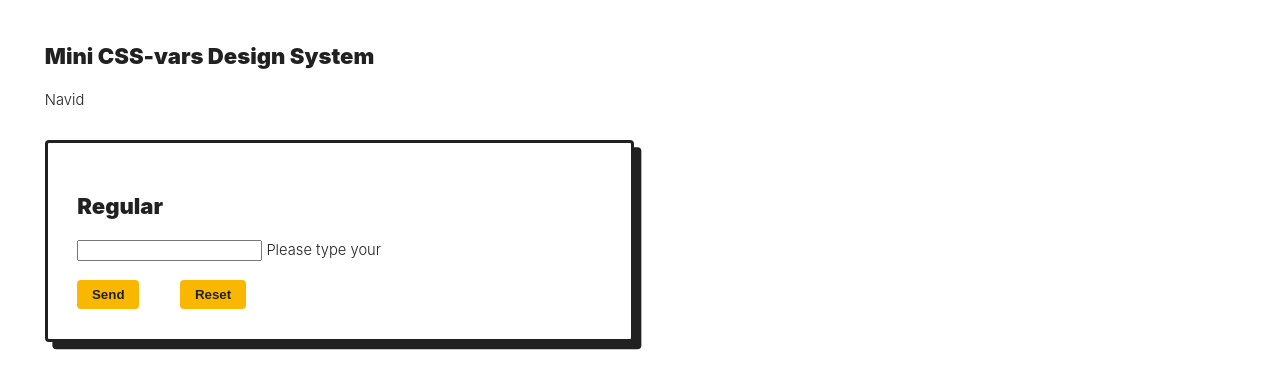
Repository: navid-amini12/capstone-1
Page: quiz.html
The author's editor kept a copy of each file at every save. The page is drawn from the files as they stood at one save, then again after the next save.
The browser window is 1280 px wide. The pictures show the whole page.
Some web fonts or font styles are not loaded; a fallback is used.

Above is the page before, as saved 2022-05-17 12:23:09.

### quiz.html

<head>
    <link rel="stylesheet" href="quiz.css">
    </head>

<article class="l-design-widht">
    <h1>Mini CSS-vars Design System</h1>

   <p>Navid</p>

    <div class="card">
      <h2><svg class="icon" aria-hidden="true">
        <h2>Regular</h2>
      <label class="input">
        <input class="input__field" type="text" placeholder=" " />
        <span class="input__label">Please type your</span>
      </label>
      <div class="button-group">
        <button>Send</button>
        <button type="reset">Reset</button>
      </div>
    </div>



  <svg xmlns="http://www.w3.org/2000/svg" class="hidden">
    <symbol id="icon-coffee" viewBox="0 0 20 20">
      <title>icon-coffee</title>
      <path fill="currentColor" d="M15,17H14V9h3a3,3,0,0,1,3,3h0A5,5,0,0,1,15,17Zm1-6v3.83A3,3,0,0,0,18,12a1,1,0,0,0-1-1Z"/>
      <rect fill="currentColor" x="1" y="7" width="15" height="12" rx="3" ry="3"/>
      <path fill="var(--color-accent)" d="M7.07,5.42a5.45,5.45,0,0,1,0-4.85,1,1,0,0,1,1.79.89,3.44,3.44,0,0,0,0,3.06,1,1,0,0,1-1.79.89Z"/>
      <path fill="var(--color-accent)" d="M3.07,5.42a5.45,5.45,0,0,1,0-4.85,1,1,0,0,1,1.79.89,3.44,3.44,0,0,0,0,3.06,1,1,0,1,1-1.79.89Z"/>
      <path fill="var(--color-accent)" d="M11.07,5.42a5.45,5.45,0,0,1,0-4.85,1,1,0,0,1,1.79.89,3.44,3.44,0,0,0,0,3.06,1,1,0,1,1-1.79.89Z"/>
    </symbol>
  </svg>

### quiz.css
@import url('https://rsms.me/inter/inter.css');

:root {
  --color-light: white;
  --color-dark: #212121;
  --color-signal: #fab700;

  --color-background: var(--color-light);
  --color-text: var(--color-dark);
  --color-accent: var(--color-signal);

  --size-bezel: .5rem;
  --size-radius: 4px;

  line-height: 1.4;

  font-family: 'Inter', sans-serif;
  font-size: calc(.6rem + .4vw);
  color: var(--color-text);
  background: var(--color-background);
  font-weight: 300;
  padding: 0 calc(var(--size-bezel) * 3);
}

h1, h2, h3 {
  font-weight: 900;
}

mark {
  background: var(--color-accent);
  color: var(--color-text);
  font-weight: bold;
  padding: 0 0.2em;
}

.card {
  background: var(--color-background);
  padding: calc(4 * var(--size-bezel));
  margin-top: calc(4 * var(--size-bezel));
  border-radius: var(--size-radius);
  border: 3px solid var(--color-shadow, currentColor);
  box-shadow: .5rem .5rem 0 var(--color-shadow, currentColor);




  *:first-child {
    margin-top: 0;
  }
}


.l-design-widht {
  max-width: 40rem;
  padding: 1rem;
}

.input {
  position: relative;

  &__label {
    position: absolute;
    left: 0;
    top: 0;
    padding: calc(var(--size-bezel) * 0.75) calc(var(--size-bezel) * .5);
    margin: calc(var(--size-bezel) * 0.75 + 3px) calc(var(--size-bezel) * .5);
    background: pink;
    white-space: nowrap;
    transform: translate(0, 0);
    transform-origin: 0 0;
    background: var(--color-background);
    transition: transform 120ms ease-in;
    font-weight: bold;
    line-height: 1.2;
  }
  &__field {




      & + .input__label {
        transform: translate(.25rem, -65%) scale(.8);
        color: var(--color-accent);
      }

  }
}


.button-group {
  margin-top: calc(var(--size-bezel) * 2.5);
}

button {
  color: currentColor;
  padding: var(--size-bezel) calc(var(--size-bezel) * 2);
  background: var(--color-accent);
  border: none;
  border-radius: var(--size-radius);
  font-weight: 900;


}

button + button {
  margin-left: calc(var(--size-bezel) * 5);
}

.icon {
  display: inline-block;
  height: 0em;
  margin-right: .5em;
}

After the next save:
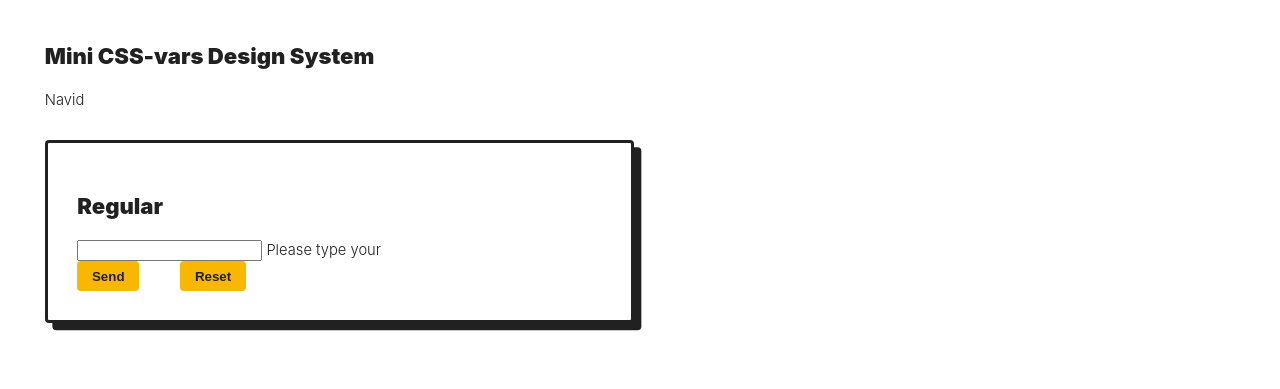
Saved 4 s later.
--- a/quiz.css
+++ b/quiz.css
@@ -73,7 +73,7 @@ mark {
     font-weight: bold;
     line-height: 1.2;
   }
-  &__field {
+
 
 
 

After the save that followed:
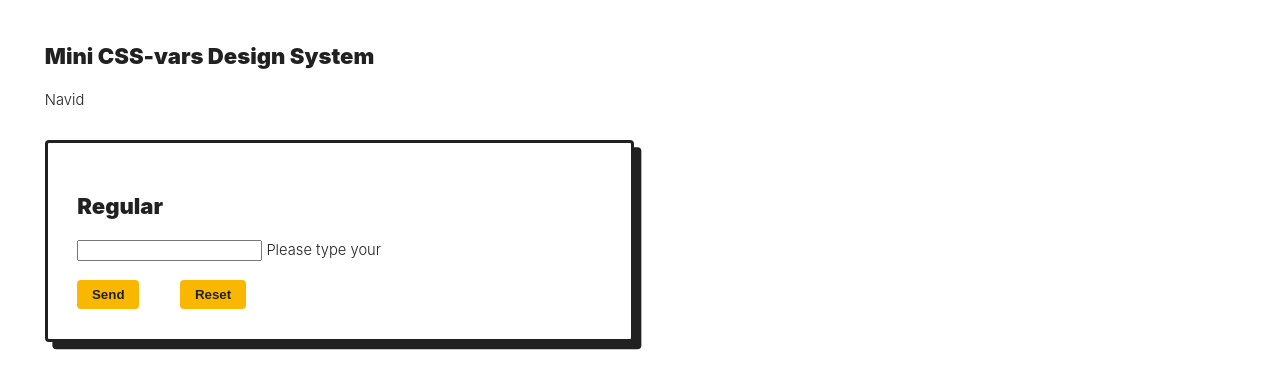
Saved 10 s later.
--- a/quiz.css
+++ b/quiz.css
@@ -83,7 +83,7 @@ mark {
         color: var(--color-accent);
       }
 
-  }
+
 }
 
 
